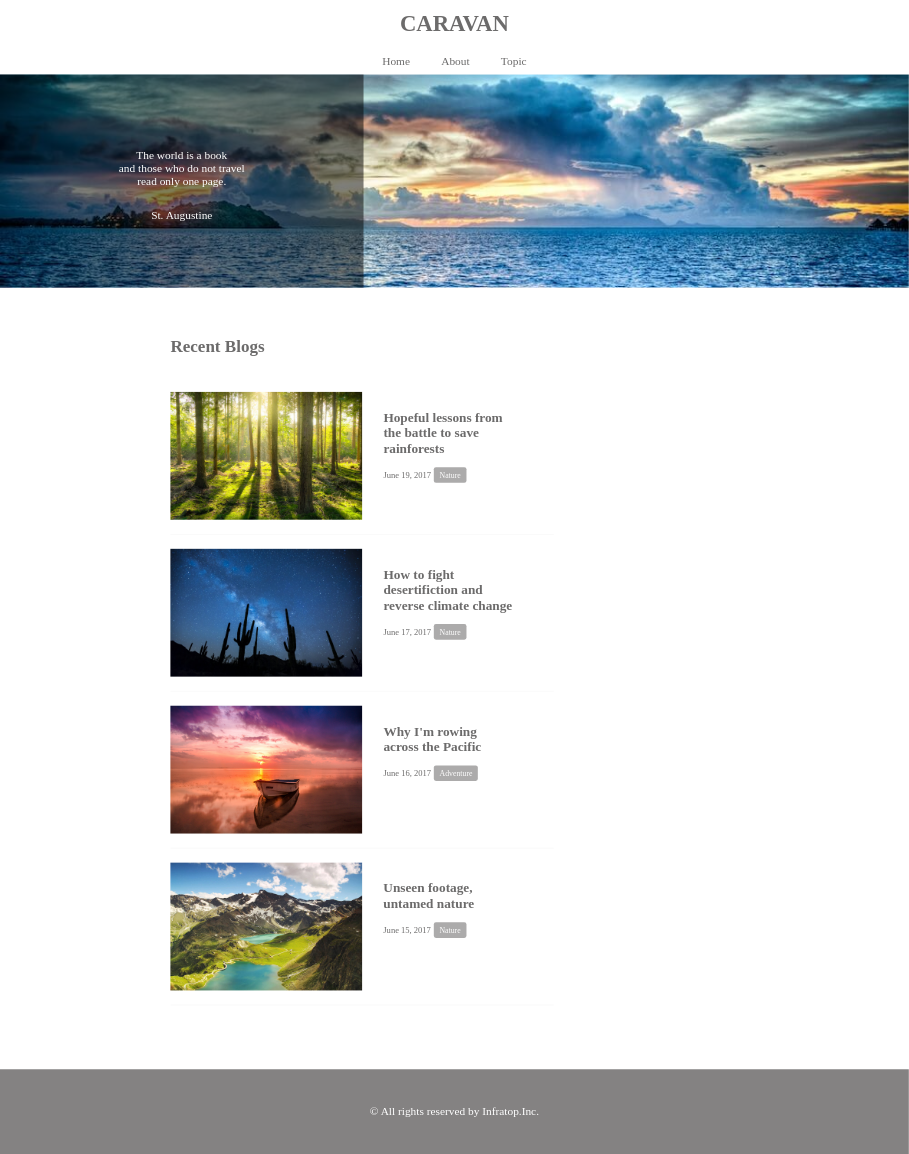
Repository: Yuya0829/HTML
Page: caravan/caravan3/index.html
The author's editor kept a record of every edit. The page is drawn from the files as they stood at one moment, then again after the next edit.
The browser window is 1280 px wide. The pictures show the whole page, at 71% of full size.

Above is the page before.

### caravan/caravan3/index.html
<!DOCTYPE html>
<html lang="ja">
  <head>
    <meta charset="UTF-8" />
    <link rel="stylesheet" href="style.css" />
    <title>CARAVAN</title>
  </head>

  <body>
    <!-- header -->
    <header>
      <h1 class="heading">
        <a href="index.html">
          CARAVAN
        </a>
      </h1>
    </header>

    <!-- navigation -->
    <nav>
      <ul class="nav-list">
        <li class="nav-list-item">
          <a href="index.html">Home</a>
        </li>
        <li class="nav-list-item">About</li>
        <li class="nav-list-item">Topic</li>
      </ul>
    </nav>

    <!-- main-visual -->
    <div class="main-visual">
      <div class="main-visual-content">
        <p class="main-visual-text">
          The world is a book<br />
          and those who do not travel<br />
          read only one page.
        </p>
        <p class="main-visual-name">
          St. Augustine
        </p>
      </div>
    </div>

    <!-- main -->
    <main>
      <section class="blog">
        <h2 class="blog-heading">Recent Blogs</h2>
        <div class="blog-box">
          <div class="blog-item">
            <img class="blog-image" src="img/forest.jpg" />
            <section class="blog-text">
              <h3 class="blog-text-heading">
               <a href="single.html">
                Hopeful lessons from<br>
                the battle to save<br>
                rainforests
              </a>
            </h3>
            <p class="blog-date">June 19, 2017</p>
            <span class="category">Nature</span>
          </section>
        </div>
          <div class="blog-item">
            <img class="blog-image" src="img/desert.jpg" />
            <section class="blog-text">
              <h3 class="blog-text-heading">
               <a href="single.html">
                How to fight<br />
                desertifiction and<br />
                reverse climate change
              </a>
            </h3>
            <p class="blog-date">June 17, 2017</p>
            <span class="category">Nature</span>
          </section>
        </div>
        <div class="blog-item">
            <img class="blog-image" src="img/sunset.jpg" />
            <section class="blog-text">
              <h3 class="blog-text-heading">
               <a href="single.html">
                Why I'm rowing<br />
                across the Pacific
              </a>
            </h3>
            <p class="blog-date">June 16, 2017</p>
            <span class="category">Adventure</span>
          </section>
        </div>
        <div class="blog-item">
            <img class="blog-image" src="img/italy.jpg" />
            <section class="blog-text">
              <h3 class="blog-text-heading">
               <a href="single.html">
                Unseen footage,<br />
                untamed nature
              </a>
            </h3>
            <p class="blog-date">June 15, 2017</p>
            <span class="category">Nature</span>
          </section>
        </div>
      </section>
      <div class="sidebar"></div>
    </main>

    <!-- footer -->
    <footer>
      <p class="footer-text">© All rights reserved by Infratop.Inc.</p>
    </footer>

  </body>
</html

### caravan/caravan3/style.css
* {
  margin: 0;
  padding: 0;
  box-sizing: border-box;
  color: #6c6b6b;
}

a {
  text-decoration: none;
}

header {
  width: 90%;
  padding: 15px 0;
  margin: 0 auto;
  text-align: center
}

header .heading {
  font-size: 32px;
}

.nav-list {
  text-align: center;
  padding: 10px 0;
  margin: 0 auto;
}

.nav-list-item {
  list-style: none;
  display: inline-block;
  margin: 0 20px;
}

.main-visual {
  width: 100%;
  height: 300px;
  background-image: url(img/mv.jpg);
  background-size: cover;
  background-position: center;
}

.main-visual-content {
  width: 40%;
  height: 300px;
  background-color: rgba(0,0,0,0.5);
  text-align: center;
  padding-top: 105px;
}

.main-visual-text {
  color: #fff;
}

.main-visual-name {
  margin-top: 30px;
  color: #fff;
}
main {
  width: 800px;
  display: flex;
  justify-content: center;
  margin: 0 auto;
  padding: 70px 0;
}

.blog {
  width: 540px;
  margin-right: 30px;
}

.blog-heeading {
  border-bottom: 8px solid #f7f7f7;
  text-align: center;
  line-height: 0.6;
}

.blog-box {
  padding-top: 50px;
}


.blog-item {
  padding-bottom: 20px;
  margin-bottom: 20px;
  border-bottom: 1px solid #f7f7f7;
  display: flex;
  justify-content: flex-start;
}

.blog-image {
  height: 180px;
}

.blog-text {
  padding: 25px 0 0 30px;
}

.blog-text-heading {
  padding-bottom: 15px;
}

.blog-date {
  font-size: 12px;
  display: inline-block;
}

.category {
  display: inline-block;
  padding: 5px 8px;
  background-color: #acabab;
  border-radius: 3px;
  color: #fff;
  font-size: 11px;
}

.sidebar {
  width: 230px;
}

footer {
  width: 100%;
  height: 120px;
  text-align: center;
  line-height: 120px;
  background-color: #848282;
}

.footer-text {
  color: #fff;
}

After the next edit:
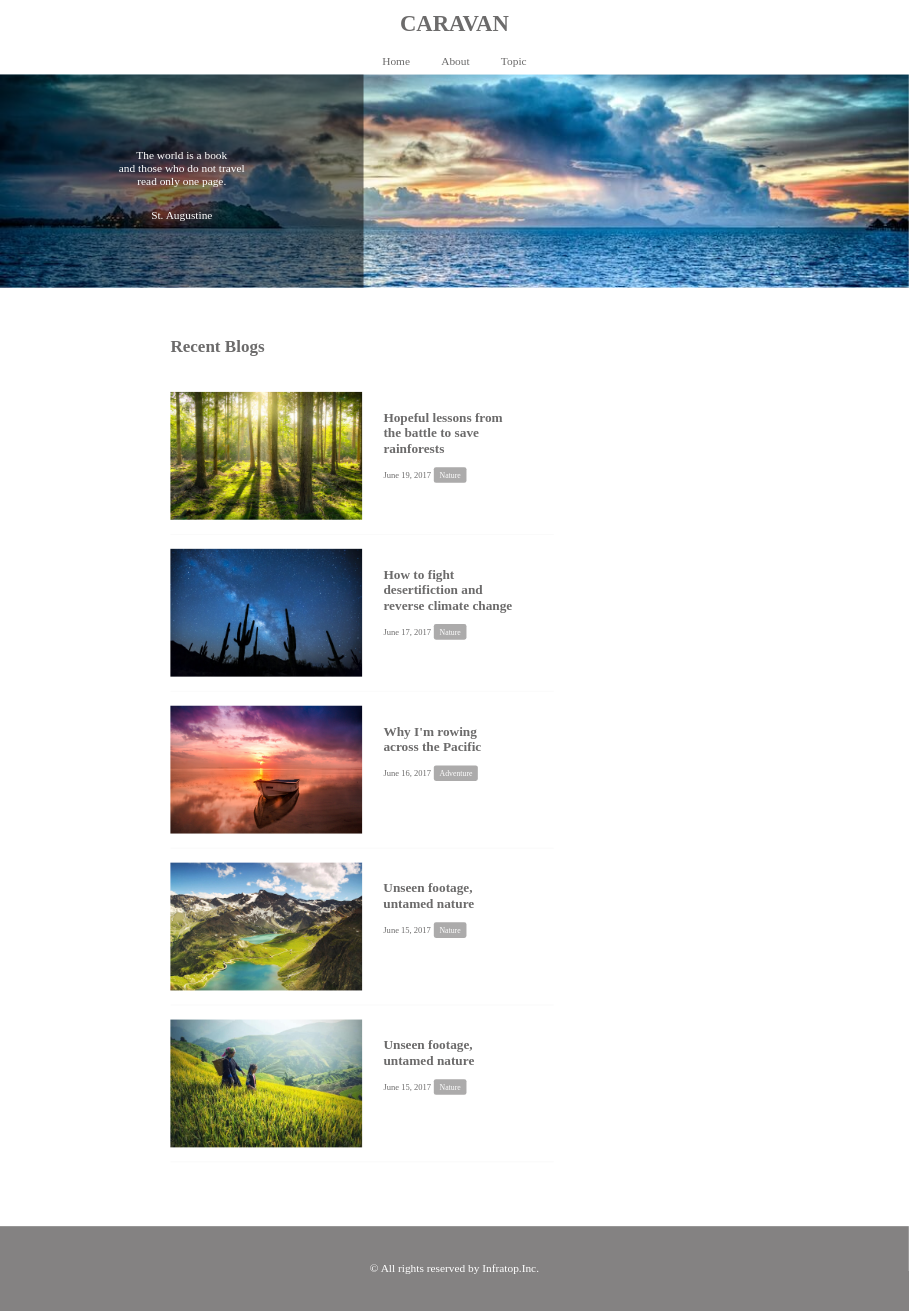
The edit:
--- a/caravan/caravan3/index.html
+++ b/caravan/caravan3/index.html
@@ -100,6 +100,19 @@
             <span class="category">Nature</span>
           </section>
         </div>
+        <div class="blog-item">
+            <img class="blog-image" src="img/asia.jpg" />
+            <section class="blog-text">
+              <h3 class="blog-text-heading">
+               <a href="single.html">
+                Unseen footage,<br />
+                untamed nature
+              </a>
+            </h3>
+            <p class="blog-date">June 15, 2017</p>
+            <span class="category">Nature</span>
+          </section>
+        </div>
       </section>
       <div class="sidebar"></div>
     </main>
